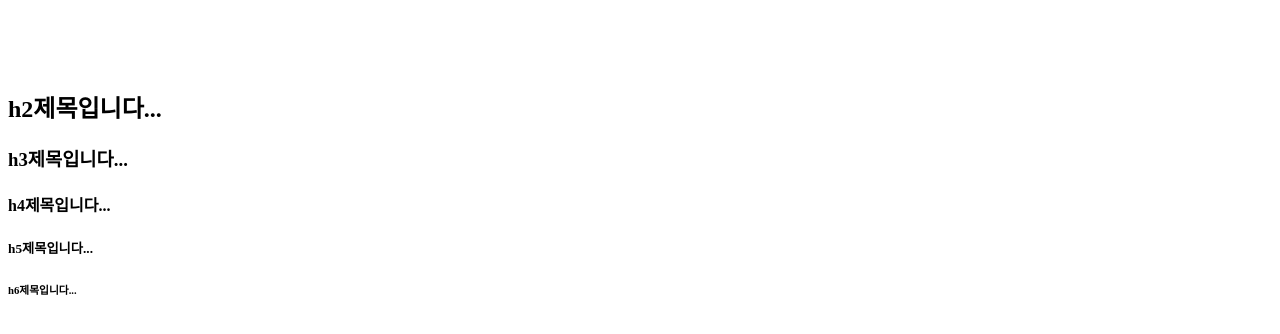
Repository: blinggg/html_git
Page: 0406/ex0406/WebContent/ex01.html
These files come from the project's save history. The page is drawn as it stood at one moment and after the next save; the edit follows.
The browser window is 1280 px wide. The pictures show the whole page.

Above is the page before, as saved 2020-04-06 00:37:40.

After the next save:
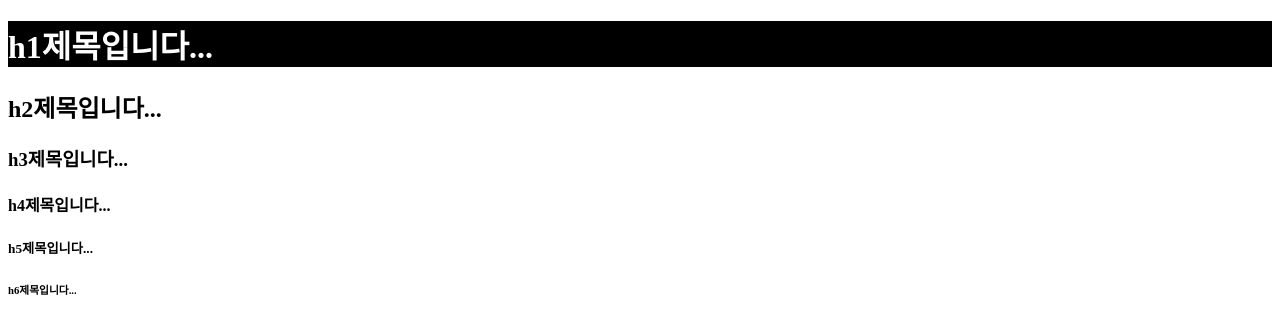
Saved 46 s later.
--- a/0406/ex0406/WebContent/ex01.html
+++ b/0406/ex0406/WebContent/ex01.html
@@ -5,7 +5,7 @@
 	<title>연습1</title>
 	<style>
 	h1{color:white;
-	backgroud:black;}
+	background:black;text:align:center;}
 
 	</style>
 </head>
